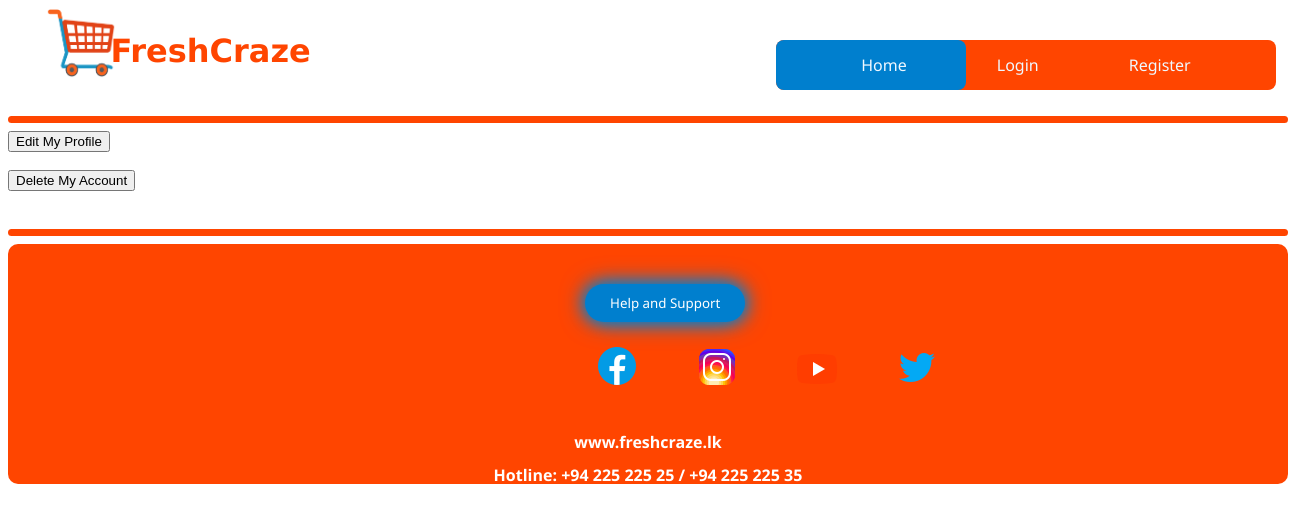
Repository: chamarac2002/FreshCraze
Page: http://localhost/CustomerDemo/useraccount.jsp
These files come from the project's save history. The page is drawn as it stood at one moment and after the next save; the edit follows.
The browser window is 1280 px wide. The page is 1288 px wide, then 1316 px, so the pictures cover 1316 px, including what lies to the right of the window. The pictures show the whole page.
The page is served by Tomcat 9. Nobody is signed in. The application's start-up code is not run. The template is opened directly, without the code that normally fills it, so the values that code supplies are empty.

Above is the page before, as saved 2024-05-11 04:19:07.

After the next save:
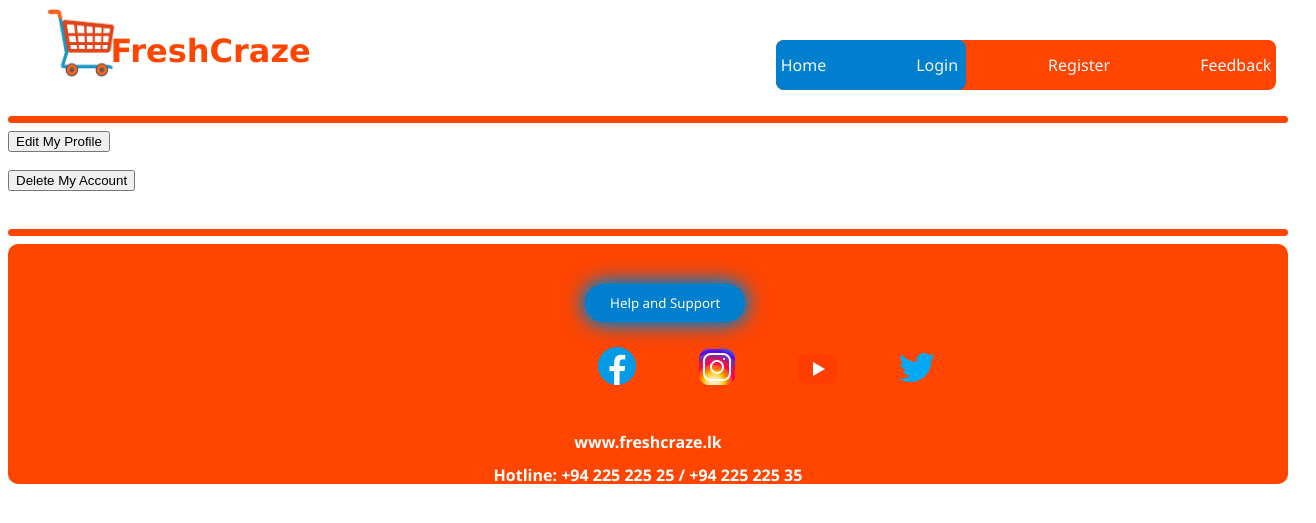
Saved 28 s later.
--- a/CustomerDemo/src/main/webapp/useraccount.jsp
+++ b/CustomerDemo/src/main/webapp/useraccount.jsp
@@ -22,6 +22,7 @@
         <a href="home page.html">Home</a>
         <a href="Login page.html">Login</a>
         <a href="customer registration.html">Register</a>
+        <a href="customer registration.html">Feedback</a>
         <span></span>
     </nav>
 
